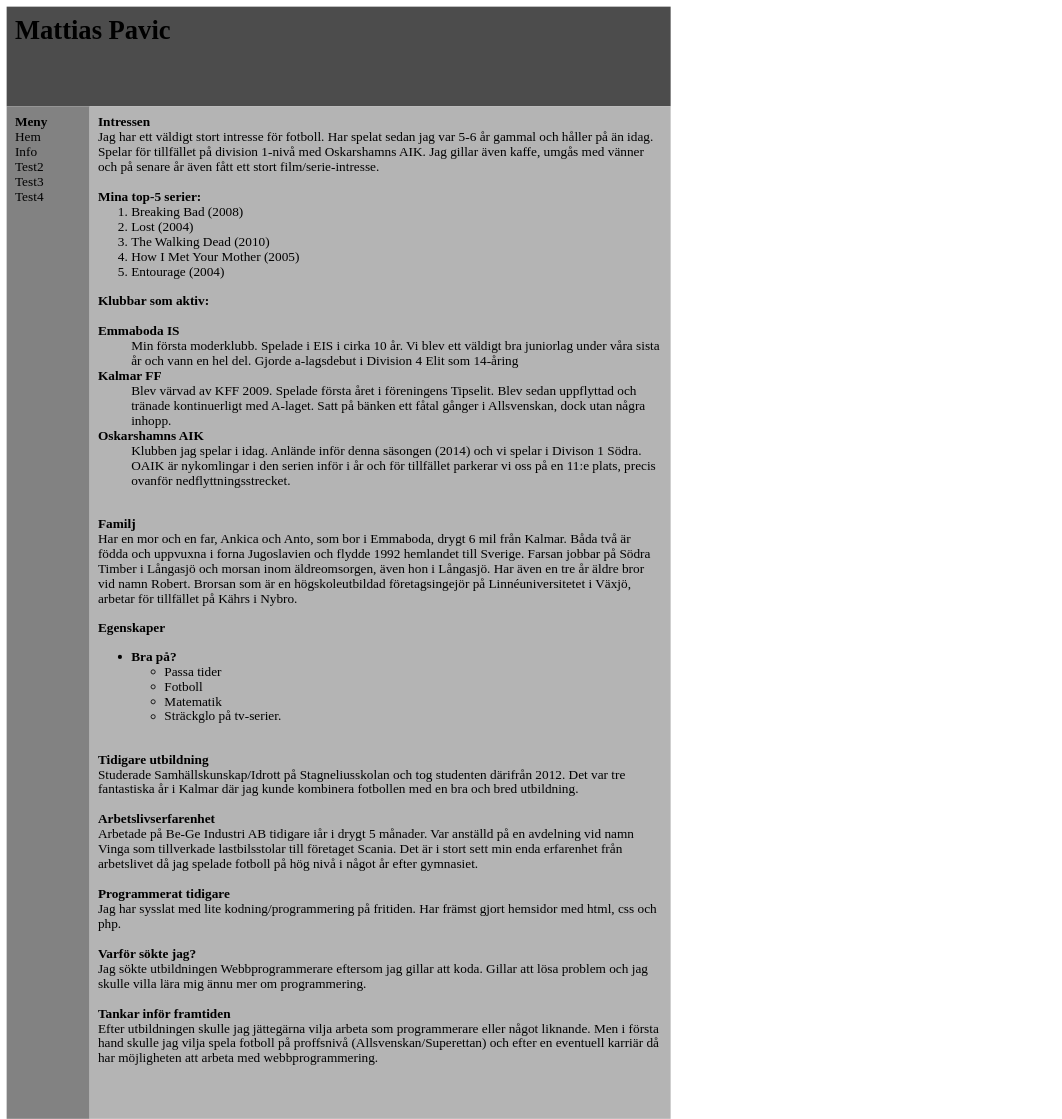
Repository: mp222sf/1ik415-laborationer
Page: pages/presentation.html
The author's editor kept a record of every edit. The page is drawn from the files as they stood at one moment, then again after the next edit.
The browser window is 1280 px wide. The pictures show the whole page, at 83% of full size.

Above is the page before.

After the next edit:
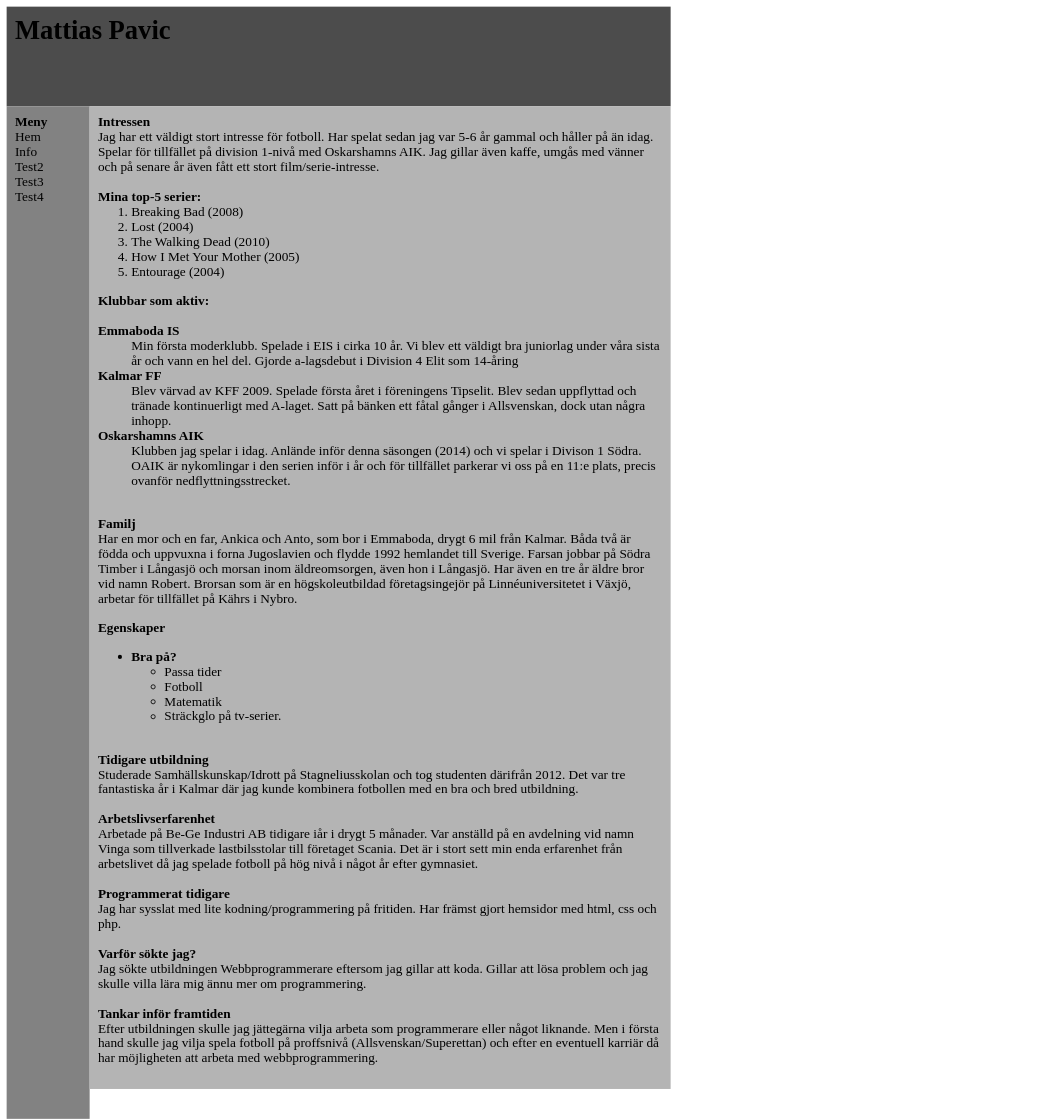
The edit:
--- a/pages/presentation.html
+++ b/pages/presentation.html
@@ -19,7 +19,7 @@
 Test4<br>
 </div>
 
-<div id="content" style="padding: 10px;background-color:#B4B4B4;height:1200px;width:680px;float:left;">
+<div id="content" style="padding: 10px;background-color:#B4B4B4;height:100%;width:680px;float:left;">
 <!--Här skriver vi infomationen om mina intressen.-->
 <h4 style="margin: 0;">Intressen</h4>
 <p style="margin: 0;">Jag har ett väldigt stort intresse för fotboll. Har spelat sedan jag var 5-6 år gammal och håller på än idag.

After the edit that followed:
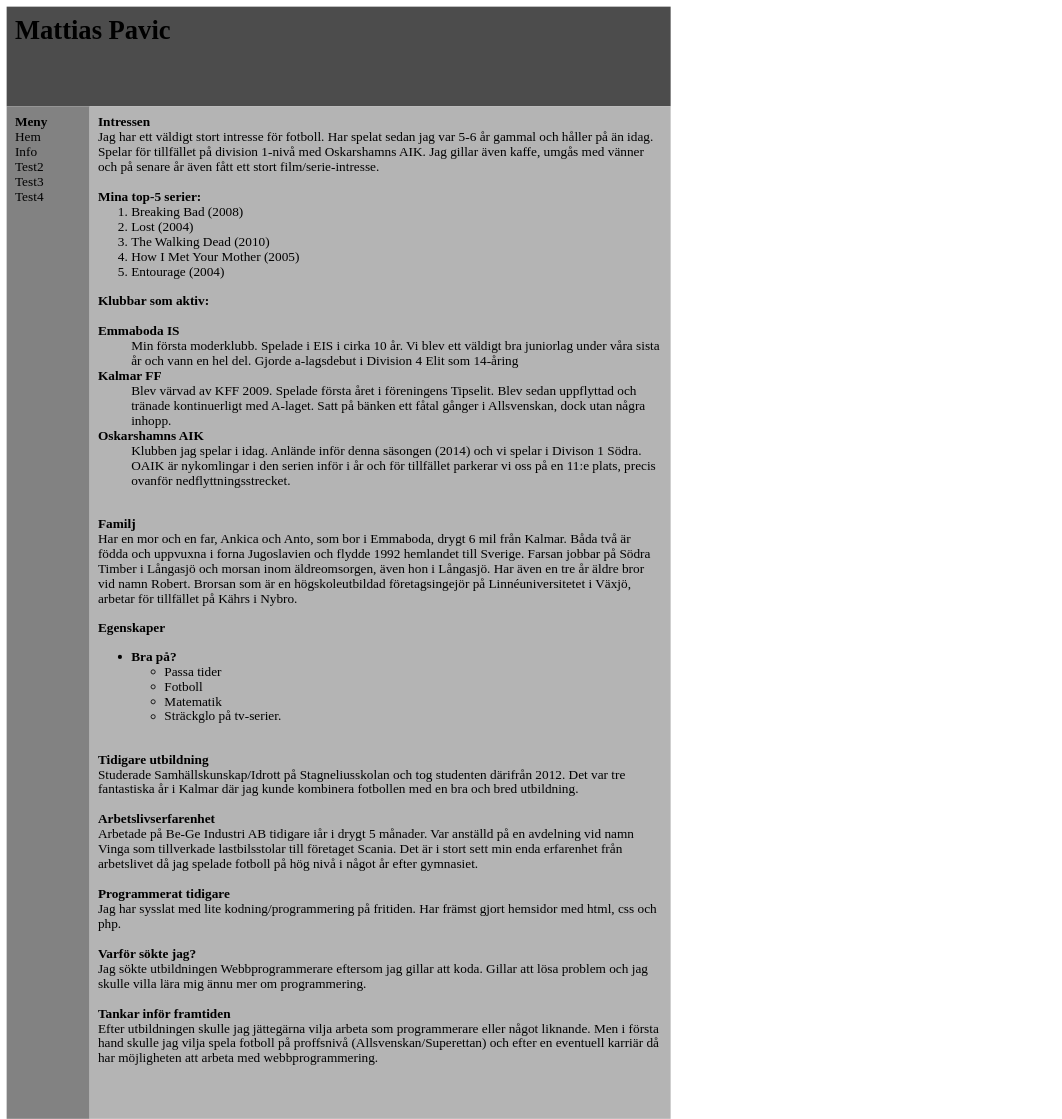
The edit:
--- a/pages/presentation.html
+++ b/pages/presentation.html
@@ -19,7 +19,7 @@
 Test4<br>
 </div>
 
-<div id="content" style="padding: 10px;background-color:#B4B4B4;height:100%;width:680px;float:left;">
+<div id="content" style="padding: 10px;background-color:#B4B4B4;height:1200px;width:680px;float:left;">
 <!--Här skriver vi infomationen om mina intressen.-->
 <h4 style="margin: 0;">Intressen</h4>
 <p style="margin: 0;">Jag har ett väldigt stort intresse för fotboll. Har spelat sedan jag var 5-6 år gammal och håller på än idag.
